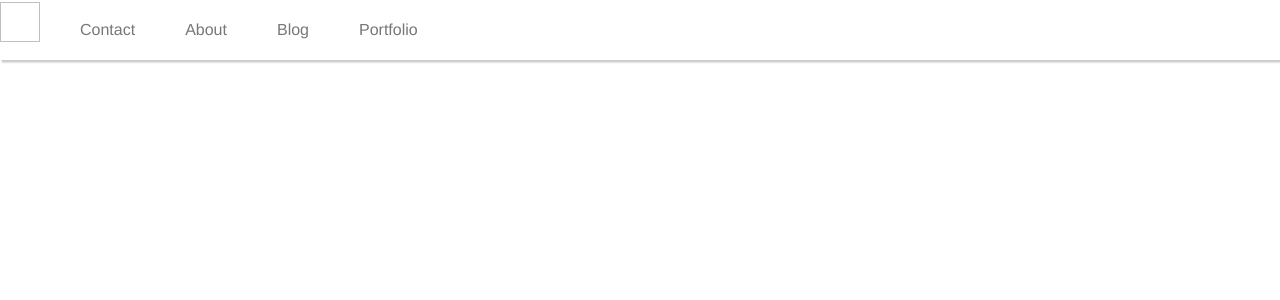
Repository: nashthecoder/vue_learn
Page: /about (app in client/)
The author's editor kept a copy of each file at every save. The page is drawn from the files as they stood at one save, then again after the next save.
The browser window is 1280 px wide. The pictures show the whole page.
The project was rebuilt for these pictures with package versions that can differ from the ones it lists, and the page was loaded fresh each time. Imported but missing from the stored project, and not drawn on this page: client/src/views/Home.vue.

Above is the page before, as saved 2020-12-24 22:10:19.

### client/public/index.html
<!DOCTYPE html>
<html lang="en">
  <head>
    <meta charset="utf-8">
    <meta http-equiv="X-UA-Compatible" content="IE=edge">
    <meta name="viewport" content="width=device-width,initial-scale=1.0">
    <link rel="icon" href="<%= BASE_URL %>favicon.ico">
    <title>Visualizations</title>
  </head>
  <body>
    <noscript>
      <strong>We're sorry but client doesn't work properly without JavaScript enabled. Please enable it to continue.</strong>
    </noscript>
    <div id="app"></div>
    <!-- built files will be auto injected -->
  </body>
</html>

### client/src/main.js
import Vue from "vue";
import App from "./App.vue";
import "bootstrap/dist/css/bootstrap.css";
import router from "./router";

Vue.config.productionTip = false;

new Vue({
  router,
  render: h => h(App)
}).$mount("#app");

### client/src/App.vue
<template>
  <div id="app">
    <ResponsiveNav
    :nav-links="navLinks"

		background="#fff"
		link-color="#777"
		hoverBackground="#ddd"
    />
    <router-view />
        </div>
</template>
<script>
import ResponsiveNav from "@/components/ResponsiveNav"
export default {
  components: {
    ResponsiveNav
  },
  data: () => ({
    navLinks: [
      {
        text: 'Contact',
		path: '/contact',
		icon: 'ion-ios-megaphone'
      },
      {
        text: 'About',
		path: '/about',
		icon: 'ion-ios-business'
      },
      {
        text: 'Blog',
		path: '/blog',
		icon: 'ion-ios-bonfire'
      },
      {
        text: 'Portfolio',
		path: '/portfolio',
		icon: 'ion-ios-briefcase'
      }
    ]
  })
}
</script>
<style>
body {
  margin: 0;
}
#app {
  font-family: "Avenir", Helvetica, Arial, sans-serif;
  -webkit-font-smoothing: antialiased;
  -moz-osx-font-smoothing: grayscale;
  text-align: center;
  color: #2c3e50;
}
#nav {
  padding: 30px;
}

#nav a {
  font-weight: bold;
  color: #2c3e50;
}

#nav a.router-link-exact-active {
  color: #42b983;
}
</style>

### client/src/router.js
import Vue from "vue";
import VueRouter from "vue-router";
import Home from "./views/Home.vue";

Vue.use(VueRouter);

const routes = [
  {
    path: "/",
    name: "Home",
    component: Home
  },
  {
    path: "/dashboard",
    name: "Dashboard",
    component: () => import("./views/Dashboard.vue")
  },
  {
    path: "/line",
    name: "Line",
    component: () => import("./views/Line.vue")
  },
  {
    path: "/bar",
    name: "Bar",
    component: () => import("./views/Bar.vue")
  },
  {
    path: "/doughnut",
    name: "Doughnut",
    component: () => import("./views/Doughnut.vue")
  },
  {
    path: "/pie",
    name: "Pie",
    component: () => import("./views/Pie.vue")
  },
  {
    path: "/radar",
    name: "Radar",
    component: () => import("./views/Radar.vue")
  },
  {
    path: "/polar-area",
    name: "PolarArea",
    component: () => import("./views/PolarArea.vue")
  },
  {
    path: "/bubble",
    name: "Bubble",
    component: () => import("./views/Bubble.vue")
  },
  {
    path: "/scatter",
    name: "Scatter",
    component: () => import("./views/Scatter.vue")
  }
];
const router = new VueRouter({
  mode: "history",
  base: process.env.BASE_URL,
  routes
});

export default router;

### client/src/components/ResponsiveNav.vue
<template>
  <nav :style="{ background: background || '#333' }">
    <ul :style="{ background: background || '#333' }"ref="nav">
      <figure class="image-logo" @click="toggleNav">
        <img :src="imagePath" height="40px" width="40px" />
      </figure>
      <li
        v-for="(link, index) in navLinks" :key="index"
        @mouseenter="$event.currentTarget.style.background = hoverBackground || '#999'"
				@mouseleave="$event.currentTarget.style.background = background || '#333'"
        >
        <router-link
					:to="link.path"
					:style="{ color: linkColor || '#DDD' }"
				>
					{{ link.text }}
					<i :class="link.icon" />
				</router-link>
      </li>
    </ul>
  </nav>
</template>
<script>
export default {
	props: ['navLinks', 'background', 'linkColor', 'hoverBackground', 'imagePath'],
	methods: {
		toggleNav () {
			const nav = this.$refs.nav.classList
			nav.contains('active') ? nav.remove('active') : nav.add('active')
		}
	}
}
</script>

<style scoped lang="scss">
nav {
	height: 60px;
	width: 100%;
	box-shadow: 2px 2px 2px #CCC;
	ul {
		display: flex;
		height: 100%;
		align-items: center;
		margin-block-start: 0;
		margin-block-end: 0;
		padding-inline-start: 0;
		box-shadow: 2px 2px 2px #CCC;
		figure {
			cursor: pointer;
			margin-right: 10px;
		}
		a {
			text-decoration: none;
			display: flex;
			flex-direction: row-reverse;
			align-items: center;
		}
		i {
			margin-right: 10px;
			font-size: 22px;
		}
		li {
			list-style-type: none;
			padding: 10px 20px;
		}
	}
}
@media screen and (max-width: 759px) {
	nav {
		ul {
			position: absolute;
			width: 300px;
			flex-direction: column;
			left: -240px;
			transition: 300ms ease all;
			top: 60px;
			&.active {
				left: 0px;
			}
			figure {
				position: fixed;
				z-index: 1;
				top: 10px;
				left: 2px;
			}
			li {
				width: 100%;
				padding-left: 0;
				padding-right: 0;
			}
			a {
				flex-direction: row;
				margin-left: 20px;
				justify-content: space-between;
				margin-right: 13px;
			}
		}
	}
}
</style>

After the next save:
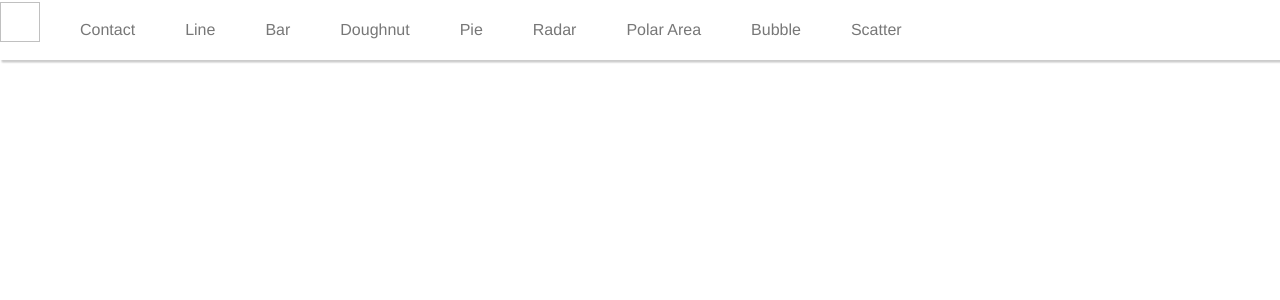
Saved 6 min 56 s later.
--- a/client/src/App.vue
+++ b/client/src/App.vue
@@ -24,23 +24,39 @@ export default {
 		icon: 'ion-ios-megaphone'
       },
       {
-        text: 'About',
-		path: '/about',
-		icon: 'ion-ios-business'
+        text: 'Line',
+		path: '/line'
       },
       {
-        text: 'Blog',
-		path: '/blog',
-		icon: 'ion-ios-bonfire'
+        text: 'Bar',
+		path: '/bar'
       },
       {
-        text: 'Portfolio',
-		path: '/portfolio',
-		icon: 'ion-ios-briefcase'
+        text: 'Doughnut',
+		path: '/doughnut'
+      },
+      {
+        text: 'Pie',
+		path: '/pie'
+      },
+      {
+        text: 'Radar',
+		path: '/radar'
+      },
+      {
+        text: 'Polar Area',
+		path: '/polar-area'
+      },{
+        text: 'Bubble',
+		path: '/bubble'
+      },
+      {
+        text: 'Scatter',
+		path: '/scatter'
       }
     ]
   })
-}
+};
 </script>
 <style>
 body {
